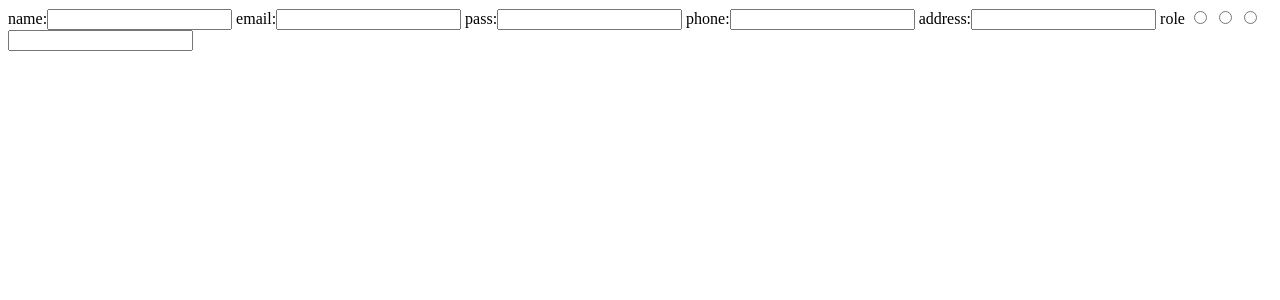
Repository: Ganesh9986320435/AllProjectsFromYestYantra
Page: http://localhost/mcdonaldsprojectjsp/signin.jsp
The author's editor kept a copy of each file at every save. The page is drawn from the files as they stood at one save, then again after the next save.
The browser window is 1280 px wide. The pictures show the whole page.
The page is served by Tomcat 9. Other server files are loaded and not shown.

Above is the page before, as saved 2023-01-31 10:45:53.

### mcdonaldsprojectjsp/src/main/webapp/signin.jsp
<%@ page language="java" contentType="text/html; charset=UTF-8"
    pageEncoding="UTF-8"%>
<!DOCTYPE html>
<html>
<head>
<meta charset="UTF-8">
<title>Insert title here</title>
</head>
<body>
<form action="signin">
name:<input type="text" name="name">
email:<input type="text" name="email">
pass:<input type="text" name="pass">
phone:<input type="text" name="phone">
address:<input type="text" name="address">
<label for="role"> role</label>
<input type="radio" name="role" value="manager">
<input type="radio" name="role" value="staff">
<input type="radio" name="role" value="customer">
<input type="text" name="name">


















</form>
</body>
</html>

After the next save:
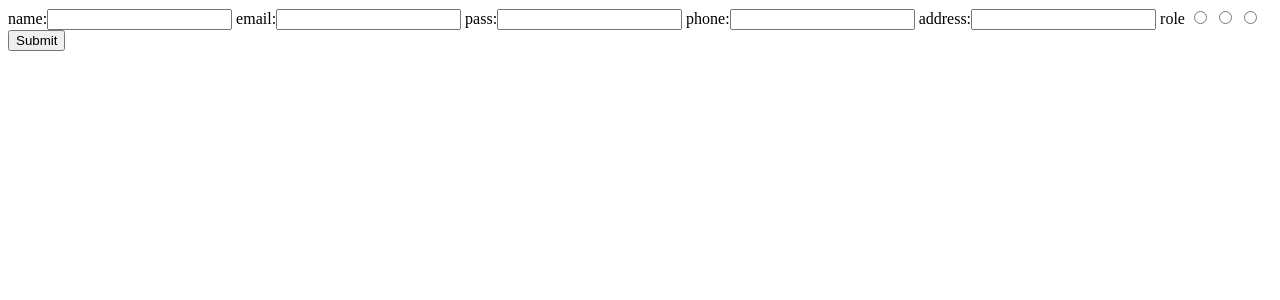
Saved 4 s later.
--- a/mcdonaldsprojectjsp/src/main/webapp/signin.jsp
+++ b/mcdonaldsprojectjsp/src/main/webapp/signin.jsp
@@ -17,7 +17,7 @@ address:<input type="text" name="address">
 <input type="radio" name="role" value="manager">
 <input type="radio" name="role" value="staff">
 <input type="radio" name="role" value="customer">
-<input type="text" name="name">
+<input type="submit" name="name">
 
 
 
